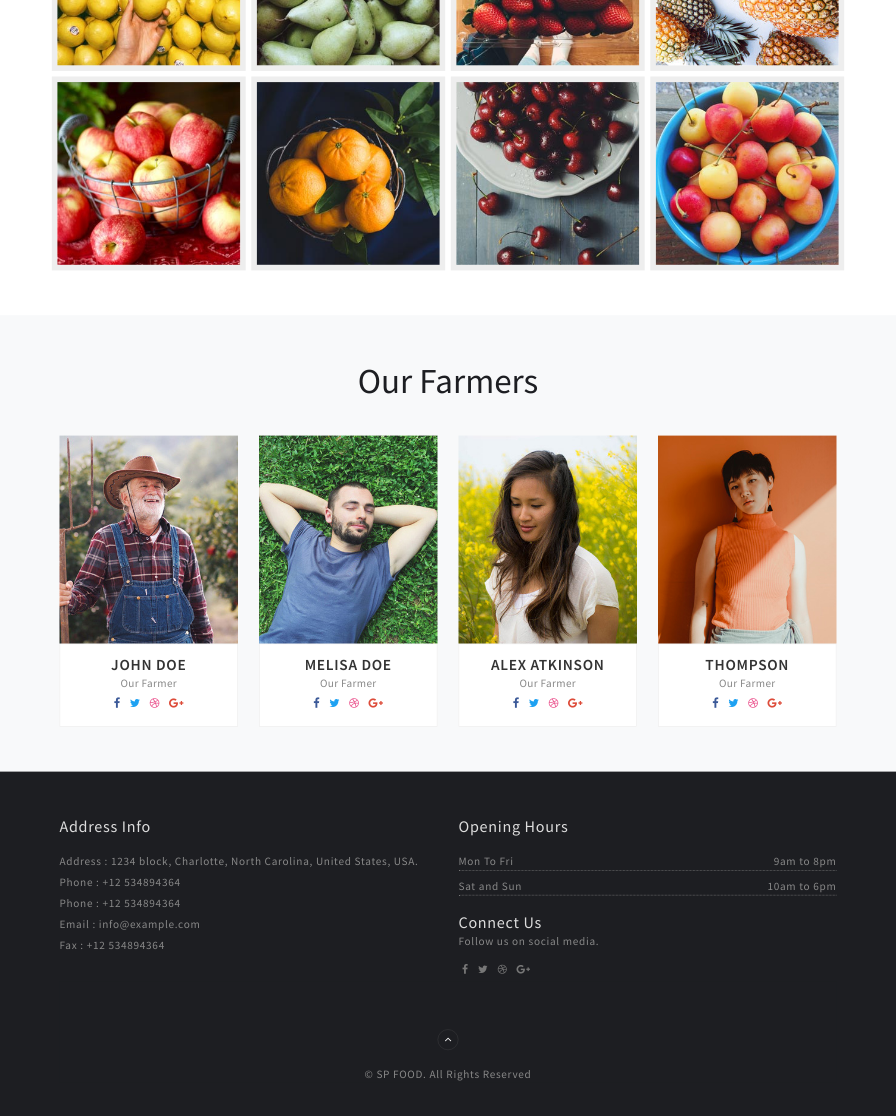
Repository: httpamit/SP-Food
Page: index.html
An editor plug-in stored every save of this project. The page is shown before and after the next save, followed by the edit.
The browser window is 1280 px wide. The pictures show the part of the page from y = 3156 to 5076 px (the page is 4750 px tall before and 5076 px after), at 70% of full size.
Backgrounds fixed to the window are drawn as part of the page.

Above is the page before, as saved 2019-02-07 23:21:19.

After the next save:
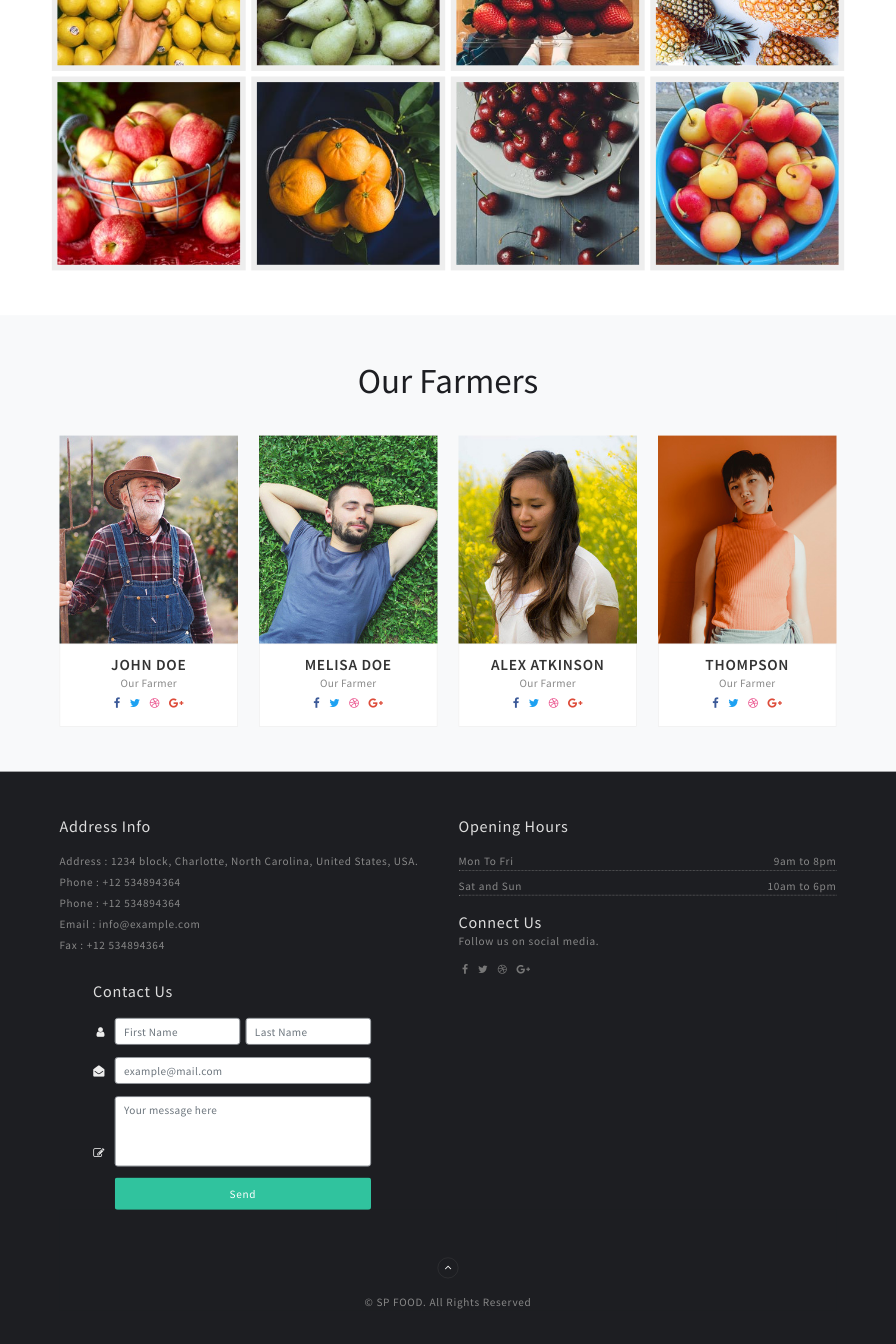
Saved 25 s later.
--- a/index.html
+++ b/index.html
@@ -462,6 +462,58 @@
 			</ul>
 		</div>
 	</div>
+	<div class="row">
+		<div class="col-lg-5 mt-lg-0 mt-5">
+			<h3 class="mb-4 ml-md-5"> Contact Us</h3>
+			<form action="#" method="get" class="register-wthree">
+				<div class="form-group">
+					<div class="row">
+						<div class="col-sm-2 d-sm-flex align-items-end justify-content-end px-sm-0">
+							<label class="mb-0">
+								<span class="fa fa-user"></span>
+							</label>
+						</div>
+						<div class="col-sm-5 pr-sm-1">
+							<input class="form-control" type="text" placeholder="First Name" name="email" required="">
+						</div>
+						<div class="col-sm-5 pl-sm-1 pl-auto mt-sm-0 mt-2">
+							<input class="form-control" type="text" placeholder="Last Name" name="email" required="">
+						</div>
+					</div>
+				</div>
+				<div class="form-group">
+					<div class="row">
+						<div class="col-sm-2 d-sm-flex align-items-end justify-content-end px-sm-0">
+							<label class="mb-0">
+								<span class="fa fa-envelope-open"></span>
+							</label>
+						</div>
+						<div class="col-sm-10">
+							<input class="form-control" type="email" placeholder="example@mail.com" name="email" required="">
+						</div>
+					</div>
+				</div>
+				<div class="form-group">
+					<div class="row">
+						<div class="col-sm-2 d-sm-flex align-items-end justify-content-end px-sm-0">
+							<label class="mb-0">
+								<span class="fa fa-edit"></span>
+							</label>
+						</div>
+						<div class="col-sm-10">
+							<textarea placeholder="Your message here" class="form-control"></textarea>
+						</div>
+					</div>
+				</div>
+				<div class="row mt-3">
+					<div class="offset-2"></div>
+					<div class="col-sm-10">
+						<button type="submit" class="btn btn-block w-100">Send</button>
+					</div>
+				</div>
+			</form>
+		</div>
+	</div>
 	<div class="copyright pt-sm-5 pt-4 text-center">
 		<a href="#home" class="move-top scroll"><span class="fa fa-angle-up" aria-hidden="true"></span></a>
 		<p>© SP FOOD. All Rights Reserved</p>
